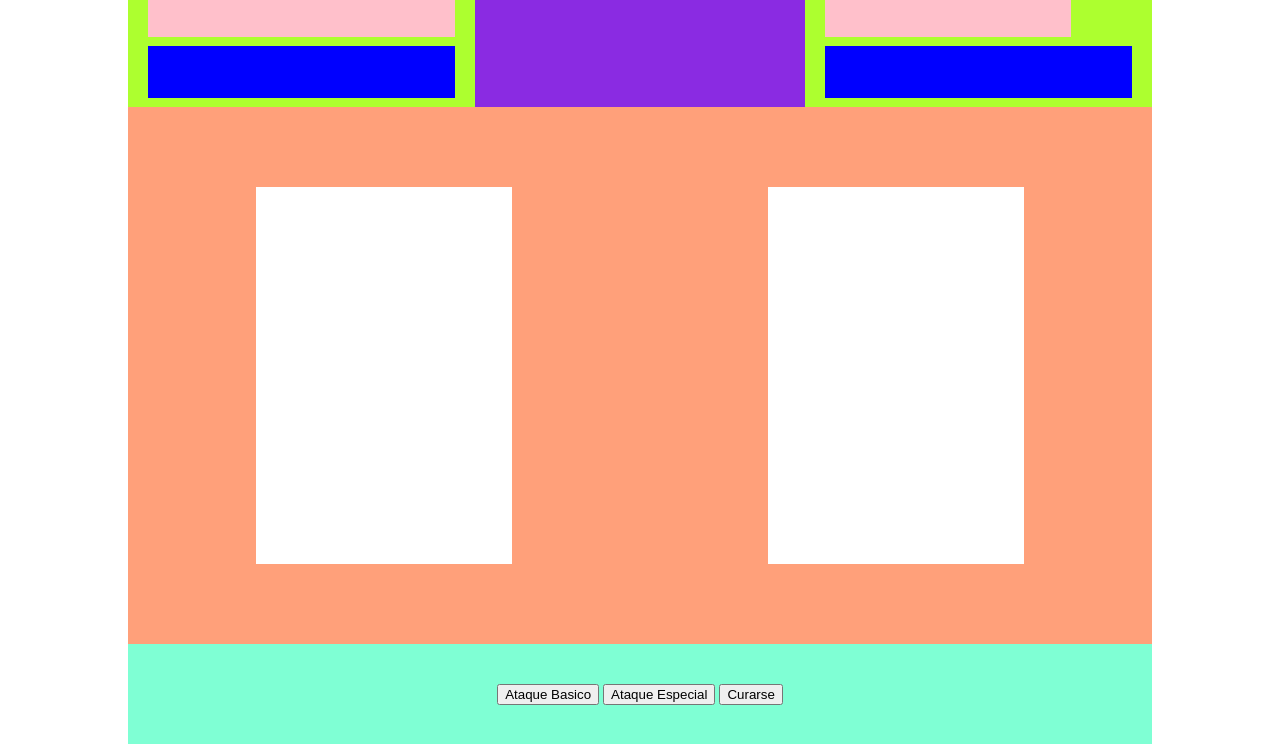
Repository: NovaDuel/novaduel-game
Page: index.html
An editor plug-in stored every save of this project. The page is shown before and after the next save, followed by the edit.
The browser window is 1280 px wide. The pictures show the whole page.
After loading, the first visible `#basic-attack` was clicked once.

Above is the page before, as saved 2024-03-25 12:38:27.

### index.html
<!DOCTYPE html>
<html lang="en">
<head>
    <meta charset="UTF-8">
    <meta name="viewport" content="width=device-width, initial-scale=1.0">
    <link rel="stylesheet" href="style.css">
    <script src="main.js" defer></script>
    <title>NovaDuel</title>
</head>
<body>
    <div id="main-container">
        <div id="status">
            <div class="bars-wrapper">
                <div id="health-player" class="health"></div>
                <div id="stamina-player" class="stamina"></div>
            </div>
            <div class="bars-wrapper">
                <div id="health-enemy" class="health"></div>
                <div id="stamina-enemy" class="stamina"></div>
            </div>
        </div>
        <div id="characters">
            <div id="player" class="pj"></div>
            <div id="enemy" class="pj"></div>
        </div>
        <div id="actions">
            <div id="buttons">
                <button id="basic-attack">Ataque Basico</button>
                <button id="special-attack">Ataque Especial</button>
                <button id="heal-action">Curarse</button>
            </div>
        </div>
    </div>
</body>
</html>

### style.css
body {
    margin: 0;
    padding: 0;
    height: 100vh;
    display: flex;
    align-items: center;
    justify-content: center;
}

#main-container {
    width: 1024px;
    height: 768px;
    background-color: aquamarine;
}

#status {
    display: flex;
    justify-content: space-between;
    width: 100%;
    height: 17%;
    background-color:blueviolet
}

.bars-wrapper {
    display: flex;
    flex-direction: column;
    justify-content: space-evenly;
    align-items: left;
    width: 30%;
    height: 100%;
    padding: 0 20px;
    background-color: greenyellow;
}

.health {
    width: 100%;
    height: 40%;
    background-color: pink;
}

.stamina {
    width: 100%;
    height: 40%;
    background-color: blue
}

#characters {
    display: flex;
    align-items: center;
    justify-content: space-around;
    width: 100%;
    height: 70%;
    background-color: lightsalmon;
}

.pj {
    height: 70%;
    width: 25%;
    background-color: white;
}

#actions {
    height: 13%;
    display: flex;
    align-items: center;
    justify-content: center;
}

### main.js
const $$ = selector => document.querySelector(selector);

function Player (health, stamina, strength) {
    this.health = health;
    this.stamina = stamina;
    this.strength = strength;
    this.attackPlayer = function() {
        return this.strength;
    },
    this.specialAttackPlayer = function() {
        if (this.stamina >= 10) {
            this.stamina -= 10;
            return this.strength + 10 * Math.round(Math.random() * 3);
        }
    },
    this.receiveDamage = function(damage) {
        this.health -= damage;
    }
    this.healing = function() {
        if (this.stamina >= 20) {
            this.stamina -= 20;
            this.health += 50;
        }
    }
}


function Enemy (health, stamina, strength) {
    this.health = health;
    this.stamina = stamina;
    this.strength = strength;
    this.attackEnemy = function() {
        return this.strength;
    },
    this.specialAttackEnemy = function() {
        if (this.stamina >= 10) {
            this.stamina -= 10;
            return this.strength + 10 * Math.round(Math.random() * 3);
        }
    },
    this.receiveDamage = function (damage) {
        this.health -= damage;
    },
    this.healing = function() {
        if (this.stamina >= 20) {
            this.stamina -= 20;
            this.health += 50;
        }
    }
}

function Game() {

}

let player = new Player(100, 100, 20);
let enemy = new Enemy(100, 100, 18);

let actionsArray = ['attack', 'special', 'heal'],
    randomAction = Math.floor(Math.random() * 3);


function actionsEnemy(action) {
    switch(action) {
        case 0:
            let enemyStrength = enemy.attackEnemy();
            player.receiveDamage(enemyStrength);
            $$("#health-player").style.width = `${player.health}%`;
            break;
        case 1:
            let specialEnemyStrength = enemy.specialAttackEnemy();
            player.receiveDamage(specialEnemyStrength);
            $$("#health-player").style.width = `${player.health}%`;
            break;
        case 2:
            enemy.healing();
            break;
    }
}


$$('#basic-attack').addEventListener('click', function() {
    let playerStrength = player.attackPlayer();
    enemy.receiveDamage(playerStrength);
    $$("#health-enemy").style.width = `${enemy.health}%`;
    setTimeout(actionsEnemy, 500, randomAction);
})
$$('#special-attack').addEventListener('click', function() {
    let playerStrength = player.specialAttackPlayer();
    enemy.receiveDamage(playerStrength);
    $$("#health-enemy").style.width = `${enemy.health}%`;
    $$("#stamina-player").style.width = `${player.stamina}%`;
    setTimeout(actionsEnemy, 500, randomAction);
})
$$('#heal-action').addEventListener('click', function() {
    player.healing();
    $$("#stamina-player").style.width = `${player.stamina}%`;
    setTimeout(actionsEnemy, 500, randomAction);
})

After the next save:
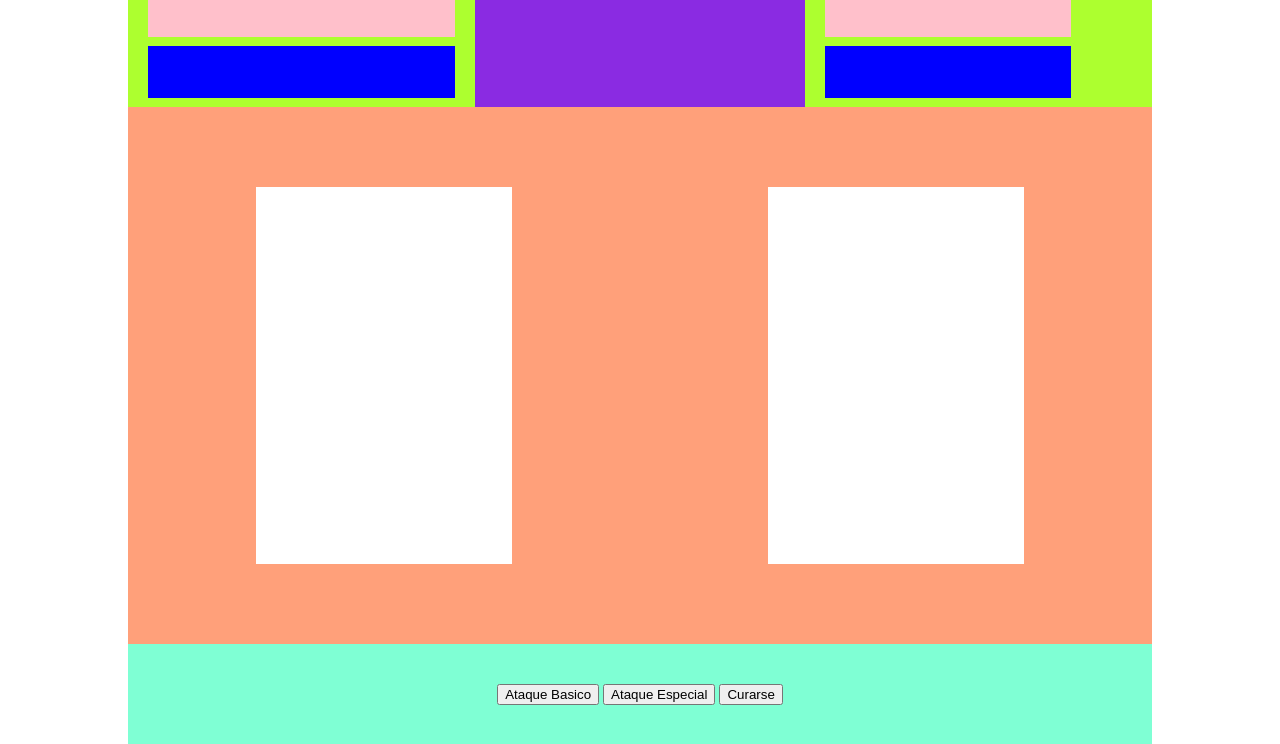
Saved 2 min 32 s later.
--- a/main.js
+++ b/main.js
@@ -71,9 +71,12 @@ function actionsEnemy(action) {
             let specialEnemyStrength = enemy.specialAttackEnemy();
             player.receiveDamage(specialEnemyStrength);
             $$("#health-player").style.width = `${player.health}%`;
+            $$("#stamina-enemy").style.width = `${enemy.stamina}%`;
             break;
         case 2:
             enemy.healing();
+            $$("#stamina-enemy").style.width = `${enemy.stamina}%`;
+
             break;
     }
 }
